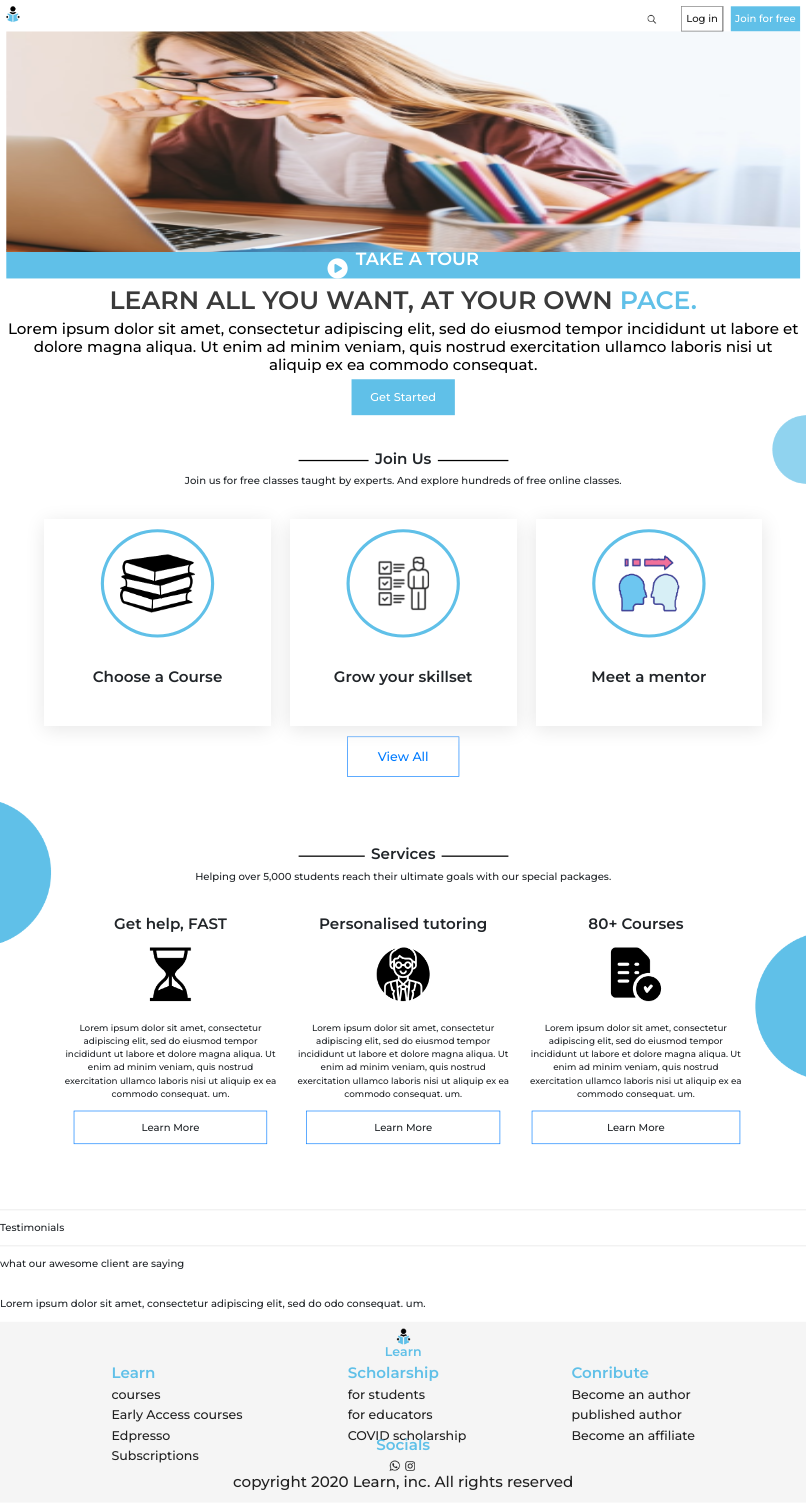
Repository: TiaraOluwanimi/team5
Page: tutor.html
These files come from the project's save history. The page is drawn as it stood at one moment and after the next save; the edit follows.
The browser window is 1280 px wide. The pictures show the whole page, at 63% of full size.
Some web libraries are served in a nearby version.

Above is the page before, as saved 2020-08-08 10:36:04.

### tutor.html
<!DOCTYPE html>
<html lang="en">
  <head>
    <meta charset="UTF-8" />
    <meta name="viewport" content="width=device-width, initial-scale=1.0" />
    <title>Online Tutoring</title>
    <!-- Custom Css -->
    <link rel="stylesheet" href="./assets/css/header-footer.css" />
    <link rel="stylesheet" href="./assets/css/tutor.css" />
    <link rel="stylesheet" href="./assets/css/testimonial.css" />
    <!-- Favicon -->
    <link rel="shortcut icon" href="" type="image/x-icon" />
    <!---------------------- CDNs----------------- -->
    <!-- Bootstrap CSS CDN -->
    <link
      rel="stylesheet"
      href="https://maxcdn.bootstrapcdn.com/bootstrap/4.0.0/css/bootstrap.min.css"
      integrity="sha384-Gn5384xqQ1aoWXA+058RXPxPg6fy4IWvTNh0E263XmFcJlSAwiGgFAW/dAiS6JXm"
      crossorigin="anonymous"
    />
    <!-- fontawesome CDN -->
    <!-- Google Font -->
    <link href="https://fonts.googleapis.com/css2?family=Montserrat:wght@500;600&display=swap" rel="stylesheet">
    <!-- Font Awesome -->
    <script src="https://kit.fontawesome.com/0f19ba4771.js" crossorigin="anonymous"></script>

</head>

<body>
    <!-- Welcome to this online tutoring website. 😊 -->
    <!--  Header  -->
    <nav class="nav1">
      <a href="#"><img src="./assets/img/logo.png" alt="" /></a>
      <div class="nav1div1">
        <img
          class="searchicon"
          onclick="displaySearchBar()"
          src="./assets/img/search.png"
          alt=""
        />
        <button class="nav1butt1">Log in</button>
        <button class="nav1butt2">Join for free</button>
      </div>
      <div class="nav1div2 display">
        <input
          class="searchbar"
          type="text"
          placeholder="Enter Text here"
          name=""
          id=""
        />
      </div>
    </nav>

    <!-- Landing Page -->
    <div class="div1">
        <img class="div1img1" src="./assets/img/hero-img.png" alt="">
        <div class="div1div1">
            <i class="fas fa-play-circle fa-2x div1img2"></i>
            &nbsp;&nbsp;&nbsp;
            <h3 class="div1hh1">TAKE A TOUR</h3>
        </div>
    </div>

    <div class="div2">
        <h1 class="div2hh1">
            LEARN ALL YOU WANT, AT YOUR OWN
            <span class="div2hh2">PACE.</span>
        </h1>
        <h4 class="div2hh3">
            Lorem ipsum dolor sit amet, consectetur
            adipiscing elit, sed do eiusmod tempor
            incididunt ut labore et dolore magna
            aliqua. Ut enim ad minim veniam, quis
            nostrud exercitation ullamco laboris nisi
            ut aliquip ex ea commodo consequat.
        </h4>
        <div class="div2div1">
            <button class="div2butt1">Get Started</button>
        </div>
    </div>
    <!-- join us section -->
    <section id="join-us" class="py-5" style="position: relative;">
        <div style="position: absolute; right: 0px; top:-10px;">
          <img src="./assets/img/Ellipse 13.png" alt="" class="img-fluid" />
        </div>
        <div class="container">
          <div class="row">
            <div class="col-12 mx-auto text-center">
              <h4 class="mx-auto sec-head">
                <span><strong>Join Us</strong></span>
              </h4>
              <p>
                Join us for free classes taught by experts. And explore hundreds
                of free online classes.
              </p>
            </div>
            <div class="row py-3">
                <div class="col-md-4 text-center my-3">
                  <div class="box-shadow py-3">
                    <img
                      src="./assets/img/course.png"
                      alt=""
                      class="join-img img-fluid rounded-circle w-50"
                    />
                    <h4 class="my-5"><strong>Choose a Course</strong></h4>
                  </div>
                </div>
                <div class="col-md-4 text-center my-3">
                  <div class="box-shadow py-3">
                    <img
                      src="./assets/img/skillset.png"
                      alt=""
                      class="join-img img-fluid rounded-circle w-50"
                    />
                    <h4 class="my-5"><strong>Grow your skillset</strong></h4>
                  </div>
                </div>
                <div class="col-md-4 text-center my-3">
                  <div class="box-shadow py-3">
                    <img
                      src="./assets/img/mentorship.png"
                      alt=""
                      class="join-img img-fluid rounded-circle w-50"
                    />
                    <h4 class="my-5"><strong>Meet a mentor</strong></h4>
                  </div>
                </div>
                <button
                  class="btn btn-lg btn-outline-primary py-3 px-5 rounded-0 mx-auto"
                >
                  View All
                </button>
              </div>
            </div>
          </section>

    <!-- service section -->
    <section id="services" class="py-5" style="position: relative;">
      <div style="position: absolute; left: 0px; top: -30px;">
        <img src="./assets/img/Ellipse 10.png" alt="" />
      </div>
      <div
        style="position: absolute; right: 0px; top: 30%; transform: scale(-1);"
      >
        <img src="./assets/img/Ellipse 10.png" alt="" />
      </div>
      <div class="container">
        <div class="row">
          <div class="col-12 mx-auto text-center">
            <h4 class="mx-auto sec-head">
              <span><strong>Services</strong></span>
            </h4>
            <p>
              Helping over 5,000 students reach their ultimate goals with our
              special packages.
            </p>
          </div>
        </div>
        <div class="row p-3">
          <div class="col-md-4 text-center py-3">
            <h4><strong>Get help, FAST</strong></h4>
            <img
              src="./assets/img/hourglass 1.png"
              alt=""
              class="img-fluid w-25 my-3"
            />
            <p class="my-3" style="font-size: 14px;">
              Lorem ipsum dolor sit amet, consectetur adipiscing elit, sed do
              eiusmod tempor incididunt ut labore et dolore magna aliqua. Ut
              enim ad minim veniam, quis nostrud exercitation ullamco laboris
              nisi ut aliquip ex ea commodo consequat. um.
            </p>
            <h6 class="border py-3 px-1 mx-3 border-primary">
              Learn More <i></i>
            </h6>
          </div>
          <div class="col-md-4 text-center py-3">
            <h4><strong>Personalised tutoring</strong></h4>
            <img
              src="./assets/img/teacher 1.png"
              alt=""
              class="img-fluid w-25 my-3"
            />
            <p class="my-3" style="font-size: 14px;">
              Lorem ipsum dolor sit amet, consectetur adipiscing elit, sed do
              eiusmod tempor incididunt ut labore et dolore magna aliqua. Ut
              enim ad minim veniam, quis nostrud exercitation ullamco laboris
              nisi ut aliquip ex ea commodo consequat. um.
            </p>
            <h6 class="border py-3 px-1 mx-3 border-primary">
              Learn More <i></i>
            </h6>
          </div>
          <div class="col-md-4 text-center py-3">
            <h4><strong>80+ Courses</strong></h4>
            <img
              src="./assets/img/test 1.png"
              alt=""
              class="img-fluid w-25 my-3"
            />
            <p class="my-3" style="font-size: 14px;">
              Lorem ipsum dolor sit amet, consectetur adipiscing elit, sed do
              eiusmod tempor incididunt ut labore et dolore magna aliqua. Ut
              enim ad minim veniam, quis nostrud exercitation ullamco laboris
              nisi ut aliquip ex ea commodo consequat. um.
            </p>
            <h6 class="border py-3 px-1 mx-3 mx-lg-1 border-primary">
              Learn More <i></i>
            </h6>
          </div>
        </div>
      </div>
    </section>
    <!-- Testimonial section -->
    <section>
      <div>
        <div class="testimonial-heading">
          <div>
            <hr>
            <span>Testimonials</span>
            <hr>
          </div>
          <p>what our awesome client are saying</p>
        </div>
        <div>
          <div class="testimonial-card">
            <img src="" alt="">
            <div>
              <p>Lorem ipsum dolor sit amet, consectetur adipiscing elit, sed do odo consequat. um.</p>
            </div>
          </div>
        </div>
      </div>
    </section>
    <!--  Footer  -->
    <footer class="footer1">
      <div class="footer1div1">
        <img class="footer1img1" src="./assets/img/logo.png" alt="" />
        <h5 class="footer1hh1">Learn</h5>
      </div>

      <div class="footer1div2">
        <div class="footer1div3">
          <h4 class="footer1hh2">Learn</h4>
          <a href="" class="footer1link1"
            ><h5 class="footer1hh3">courses</h5></a
          >
          <a href="" class="footer1link1"
            ><h5 class="footer1hh3">Early Access courses</h5></a
          >
          <a href="" class="footer1link1"
            ><h5 class="footer1hh3">Edpresso</h5></a
          >
          <a href="" class="footer1link1"
            ><h5 class="footer1hh3">Subscriptions</h5></a
          >
        </div>
        <div class="footer1div4">
          <h4 class="footer1hh2">Scholarship</h4>
          <a href="" class="footer1link1"
            ><h5 class="footer1hh3">for students</h5></a
          >
          <a href="" class="footer1link1"
            ><h5 class="footer1hh3">for educators</h5></a
          >
          <a href="" class="footer1link1"
            ><h5 class="footer1hh3">COVID scholarship</h5></a
          >
        </div>
        <div class="footer1div5">
          <h4 class="footer1hh2">Conribute</h4>
          <a href="" class="footer1link1"
            ><h5 class="footer1hh3">Become an author</h5></a
          >
          <a href="" class="footer1link1"
            ><h5 class="footer1hh3">published author</h5></a
          >
          <a href="" class="footer1link1"
            ><h5 class="footer1hh3">Become an affiliate</h5></a
          >
        </div>
      </div>

      <div class="footer1div6">
        <h4 class="footer1hh2 redd">Socials</h4>
        <a href="#"><img src="./assets/img/whatsapp.png" alt="" /></a>
        <a href="#"><img src="./assets/img/instagram.png" alt="" /></a>
      </div>

      <h4 class="footer1hh4">
        copyright 2020 Learn, inc. All rights reserved
      </h4>
    </footer>

    <!---------------------- CDNs----------------- -->
    <!-- jQuery CDN -->
    <script
      src="https://code.jquery.com/jquery-3.2.1.slim.min.js"
      integrity="sha384-KJ3o2DKtIkvYIK3UENzmM7KCkRr/rE9/Qpg6aAZGJwFDMVNA/GpGFF93hXpG5KkN"
      crossorigin="anonymous"
    ></script>
    <!-- ajax CDN -->
    <script
      src="https://cdnjs.cloudflare.com/ajax/libs/popper.js/1.12.9/umd/popper.min.js"
      integrity="sha384-ApNbgh9B+Y1QKtv3Rn7W3mgPxhU9K/ScQsAP7hUibX39j7fakFPskvXusvfa0b4Q"
      crossorigin="anonymous"
    ></script>
    <!-- BootstrapJS CDN -->
    <script
      src="https://maxcdn.bootstrapcdn.com/bootstrap/4.0.0/js/bootstrap.min.js"
      integrity="sha384-JZR6Spejh4U02d8jOt6vLEHfe/JQGiRRSQQxSfFWpi1MquVdAyjUar5+76PVCmYl"
      crossorigin="anonymous"
    ></script>
    <!-- Custom Javascript Links -->
    <script src="./assets/js/tutor.js"></script>
  </body>
</html>

### assets/css/header-footer.css

/*  Header Navbar */
body{
  margin: 0;
}
.nav1{
   margin: 10px;
}
.nav1div1{
    display: inline;
    float: right;
}
.nav1butt1{
    color: #212121;
    border-color: #212121;
    border-width: 1px;
    background-color: #FFFFFF;
    padding: 7px 7px;
    font-family: 'Montserrat', sans-serif;
    font-weight: 500;
    outline: none;
    margin-left: 35px;
}
.nav1butt2{
    color: #FFFFFF;
    border-color: #60C0E8;
    border: none;
    background-color: #60C0E8;
    padding: 8px 7px;
    font-family: 'Montserrat', sans-serif;
    font-weight: 500;
    outline: none;
    margin-left: 8px;
}
.nav1butt1:hover{
    background-color: #f0f0f0;
      cursor: pointer;
}
.nav1butt2:hover{
    background-color: #60adce;
    cursor: pointer;
}
.searchicon:hover{
    cursor: pointer;
}
.nav1div2{
    text-align: center;
    width: 100%;
    margin-top: 10px;
}
.searchbar{
    width: 60%;
    font-family: 'Montserrat', sans-serif;
    outline: none;
    border-radius: 10px;
    padding: 10px;
    border-width: 1px;
}
.footer1link1{
    text-decoration: none;
}
.display{
    display: none;
}



/*  Footer  */
.footer1{
    padding: 10px;
    background-color: #F5F5F5;
}
.footer1div1{
    text-align: center;
}
.footer1hh1{
    margin-top: 0px;
    font-family: 'Montserrat', sans-serif;
    color: #60C0E8;
    font-weight: 600;
}
.footer1div2{
    display: flex;
    flex-direction:row;
    justify-content: space-evenly;
}
.footer1hh2{
    font-family: 'Montserrat', sans-serif;
    color: #60C0E8;
    font-weight: 600;
}
.footer1hh3{
    font-family: 'Montserrat', sans-serif;
    color: #212121;
    font-weight: normal;
}
.footer1div6{
    text-align: center;
    margin-top: -50px;
}
.redd{
    margin-bottom: 5px;
}
.footer1hh4{
    text-align: center;
    font-family: 'Montserrat', sans-serif;
    color: #212121;
    font-style: normal;
    font-weight: 500;
}

/* Footer Media Queries */
@media only screen and (max-width: 399px) {
    .footer1div2{
        flex-direction: column;
        align-items: center;
    }
    .footer1div6{
        text-align: center;
        margin-top: -10px;
    }
}

### assets/css/tutor.css
* {
  font-family: "Montserrat", sans-serif;
}
.div1 {
  margin: 10px;
  text-align: center;
}
.div1div1 {
  width: 100%;
  display: flex;
  justify-content: center;
  background-color: #60c0e8;
  margin-top: -5px;
}
.div1img1 {
  width: 100%;
  height: 350px;
}
.div1img2 {
  padding-top: 15px;
  color: #ffffff;
}
.div1div1:hover {
  background-color: #60adce;
  cursor: pointer;
}
.div1hh1 {
  font-family: "Montserrat", sans-serif;
  font-weight: 600;
  color: #ffffff;
}

.div2 {
  margin: 10px;
}
.div2hh1 {
  font-family: "Montserrat", sans-serif;
  text-align: center;
  color: #3a3a3a;
  font-weight: bold;
}
.div2hh2 {
  color: #60c0e8;
}
.div2hh3 {
  font-family: "Montserrat", sans-serif;
  text-align: center;
  color: #000000;
  font-weight: 500;
}
.div2div1 {
  text-align: center;
}
.div2butt1 {
  background-color: #60c0e8;
  font-weight: 500;
  color: #ffffff;
  border: none;
  outline: none;
  padding: 15px 30px;
  font-size: large;
}
.div2butt1:hover {
  background-color: #60adce;
  cursor: pointer;
}

/* this handles the line in each section heading  */
.sec-head {
  width: 30%;
  text-align: center;
  border-bottom: 2px solid #000;
  line-height: 0.1em;
  margin: 10px 0 20px;
}
.sec-head span {
  background: #fff;
  padding: 0 10px;
}
/* join us images border */
.join-img {
  border: 5px solid #60c0e8 !important;
}
/* box shadow */
.box-shadow {
  box-shadow: 0px 5px 30px 0.5px #e6e6e6;
}
.box-shadow:hover {
  box-shadow: 0px 5px 30px 5px #c7c7c7;
}

@media screen and (max-width: 320px) {
  .sec-head {
    width: 70%;
  }
}

### assets/css/testimonial.css
.testimonial
.testimonial-card{

}

### assets/js/tutor.js

function displaySearchBar(){
    document.querySelector(".nav1div2").classList.toggle("display");
}

After the next save:
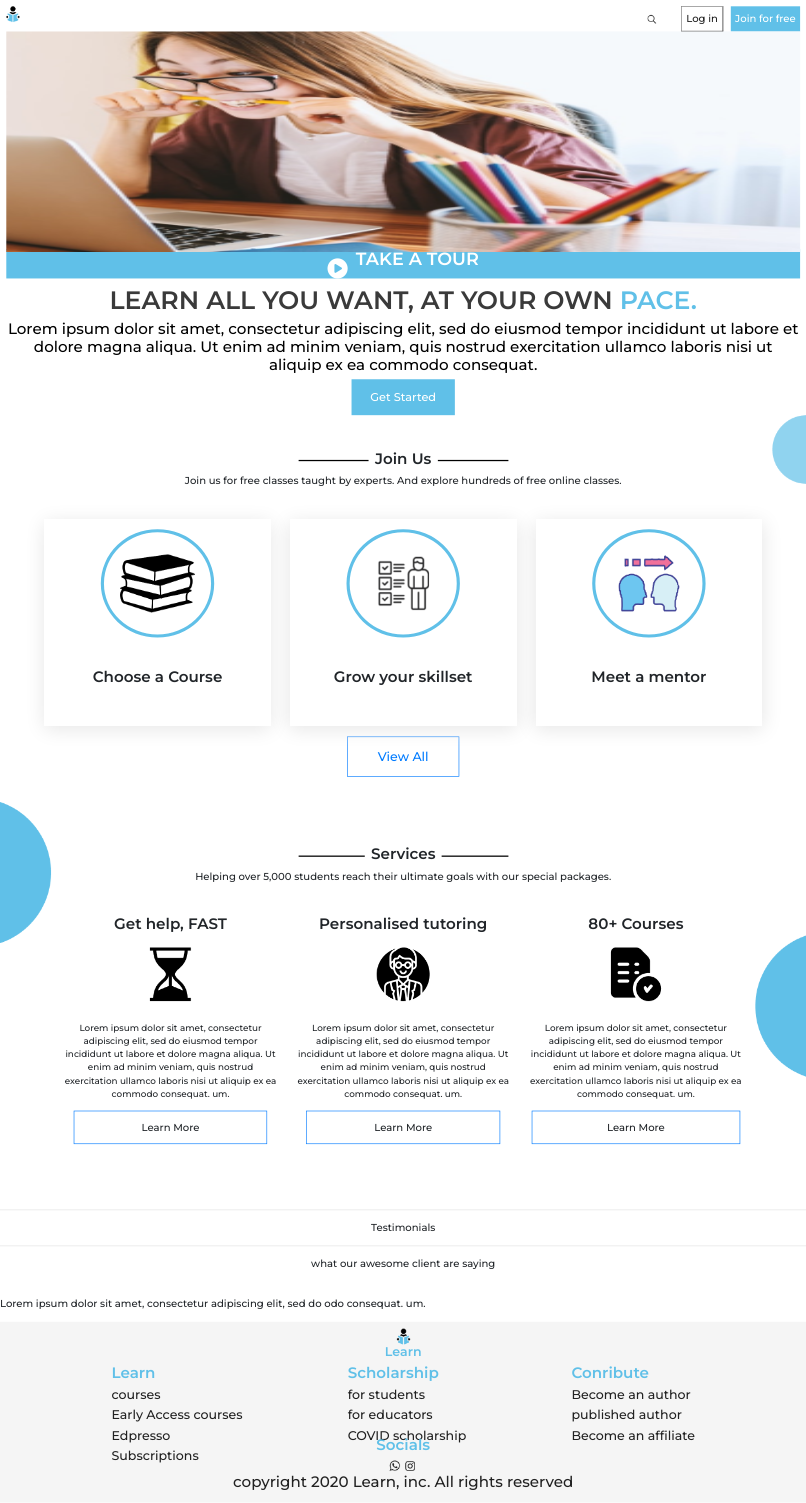
Saved 10 s later.
--- a/assets/css/testimonial.css
+++ b/assets/css/testimonial.css
@@ -1,4 +1,6 @@
-.testimonial
+.testimonial-heading{
+    text-align:center;
+}
 .testimonial-card{
 
 }
